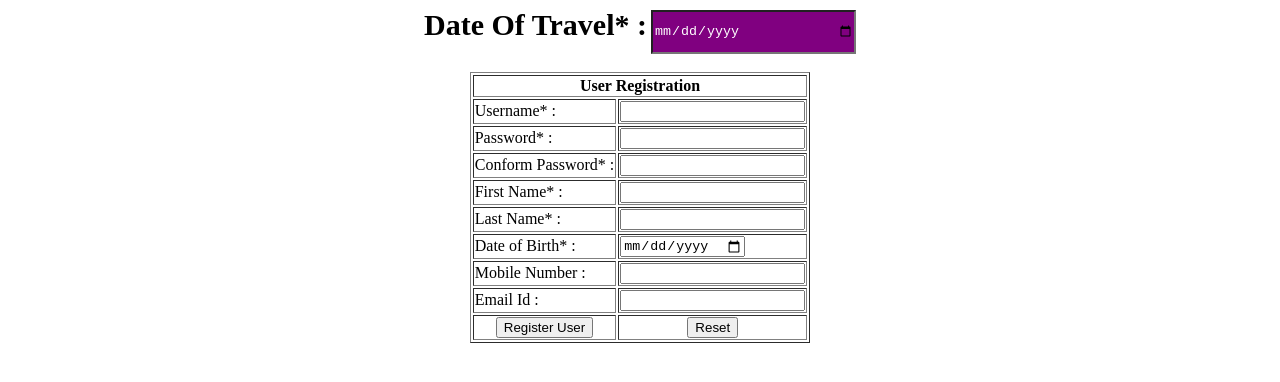
Repository: KanimozhiThandapani/Phase2AirlineBookingProject
Page: http://localhost/AirlineBooking/registrationPage.jsp
The author's editor kept a copy of each file at every save. The page is drawn from the files as they stood at one save, then again after the next save.
The browser window is 1280 px wide. The pictures show the whole page.
The page is served by Tomcat 9. Other server files are loaded and not shown.

Above is the page before, as saved 2022-04-26 07:00:56.

### AirlineBooking/WebContent/registrationPage.jsp
<%@ page language="java" contentType="text/html; charset=ISO-8859-1"
	pageEncoding="ISO-8859-1"%>
<!DOCTYPE html PUBLIC "-//W3C//DTD HTML 4.01 Transitional//EN" "http://www.w3.org/TR/html4/loose.dtd">
<html>
<head>
<meta http-equiv="Content-Type" content="text/html; charset=ISO-8859-1">
<title>User Registration</title>
</head>
<body>

	<div align="center">
		<form action="bookedFlights" method="get">

		<label for="dateOfTravel" style="font-size: 30px"><strong>Date Of Travel* :</strong></label>
        <input type="date" id="dot" name="dot" style="width:200px;height: 40px; background: purple; color: #FFF;" required><br><br>







			<table align="center" border="1">
				<tr>
					<td colspan="2" align="center"><b>User Registration</b></td>
				</tr>
				<tr>
					<td>Username* :</td>
					<td><input type="text" name="username" required></td>
				</tr>
				<tr>
					<td>Password* :</td>
					<td><input type="password" name="password" required></td>
				</tr>
				<tr>
					<td>Conform Password* :</td>
					<td><input type="password" name="confPassword" required></td>
				</tr>
				<tr>
					<td>First Name* :</td>
					<td><input type="text" name="firstName" required></td>
				</tr>
				<tr>
					<td>Last Name* :</td>
					<td><input type="text" name="lastName" required></td>
				</tr>
				<tr>
					<td>Date of Birth* :</td>
					<td><input type="date" name="dob" required></td>
				</tr>
				<tr>
					<td>Mobile Number :</td>
					<td><input type="number" name="mobileNo"></td>
				</tr>
				<tr>
					<td>Email Id :</td>
					<td><input type="email" name="emailId"></td>
				</tr>
				<tr>
					<td align="center"><input type="submit" value="Register User"></td>
					<td align="center"><input type="reset" name="Reset Form"></td>
				</tr>
			</table>
		</form>
	</div>
</body>
</html>

After the next save:
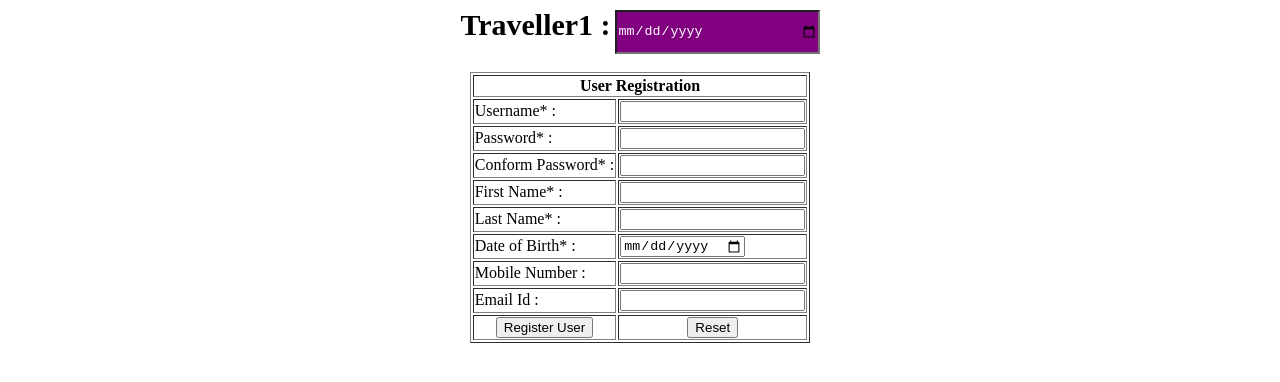
Saved 25 s later.
--- a/AirlineBooking/WebContent/registrationPage.jsp
+++ b/AirlineBooking/WebContent/registrationPage.jsp
@@ -11,7 +11,7 @@
 	<div align="center">
 		<form action="bookedFlights" method="get">
 
-		<label for="dateOfTravel" style="font-size: 30px"><strong>Date Of Travel* :</strong></label>
+		<label for="Traveller1" style="font-size: 30px"><strong>Traveller1 :</strong></label>
         <input type="date" id="dot" name="dot" style="width:200px;height: 40px; background: purple; color: #FFF;" required><br><br>
 
 
